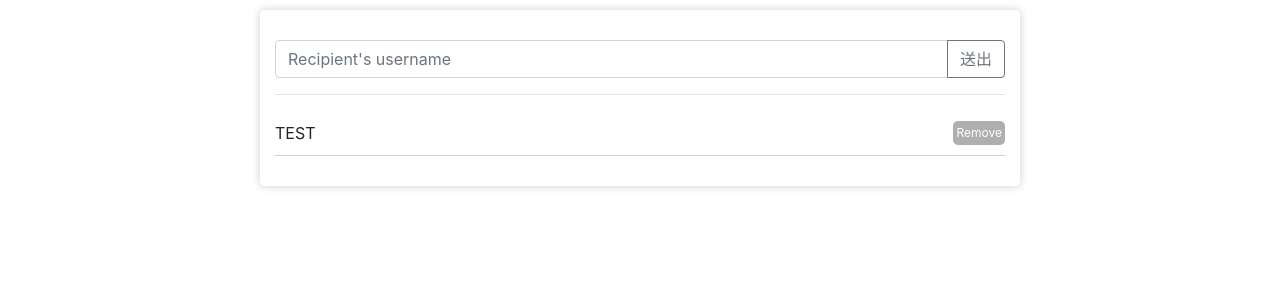
Repository: iian0910/vue3_todoList
Page: /
These files come from the project's save history. The page is drawn as it stood at one moment and after the next save; the edit follows.
The browser window is 1280 px wide. The pictures show the whole page.
The project was rebuilt for these pictures with package versions that can differ from the ones it lists, and the page was loaded fresh each time.

Above is the page before, as saved 2021-02-23 16:15:26.

### src/App.vue
<template>
  <TodoList/>
</template>

<script lang="ts">
import { defineComponent } from 'vue'
import TodoList from './components/TodoList.vue'

export default defineComponent({
  name: 'App',
  components: {
    TodoList
  }
})
</script>

<style lang="scss">
@import './assets/scss/all';
</style>

### src/assets/scss/all.scss
@import '~bootstrap/scss/bootstrap.scss';
@import './helpers/variables';

### src/components/TodoList.vue
<template>
  <div class="container">
    <div class="row">
      <div class="col-8 offset-2 content">
        <!-- input 輸入框 -->
        <div class="input-group mb-3">
          <input
            type="text"
            class="form-control"
            placeholder="Recipient's username"
            v-model="newTodo">
          <div class="input-group-append">
            <button
              class="btn btn-outline-secondary"
              type="button"
              @click="addTodo">送出</button>
          </div>
        </div>
        <!---->
        <hr>
        <!-- List 展示 -->
        <ul class="list">
          <li class="list-item d-flex justify-content-between align-items-center" v-for="(todo, index) in todoList" :key="index">
            <label class="list-item-title m-0 p-0">{{todo.title}}</label>
            <div class="remove-list">Remove</div>
          </li>
        </ul>
        <!---->
      </div>
    </div>
  </div>
</template>
<script lang="ts">
import { defineComponent, reactive, ref } from 'vue'

interface Todo {
  // eslint-disable-next-line @typescript-eslint/member-delimiter-style
  id: string
  // eslint-disable-next-line @typescript-eslint/member-delimiter-style
  title: string
}

export default defineComponent({
  name: 'TodoList',
  setup () {
    // ref:
    // 可以接受「任何型態」的資料
    // 但是不會對「物件」或「陣列」內部的屬性變動做監聽

    // reactive
    // 「只接受」物件或陣列，可以做深層的監聽
    // 以及取得資料不需要 「.value」
    const newTodo = ref('')
    const todoList = reactive([{
      id: '001',
      title: 'TEST'
    }])

    // methods
    function addTodo () {
      if (newTodo.value) {
        todoList.push({
          id: Math.floor(Date.now()).toString(),
          title: newTodo.value
        })
        newTodo.value = ''
      }
    }

    // return
    return {
      todoList,
      newTodo,
      addTodo
    }
  }
})
</script>

<style lang="scss">
.content{
  padding: 30px;
  margin: 10px auto;
  border-radius: 5px;
  box-shadow: 0px 0px 10px 0px rgba(0, 0, 0, 0.2);
}
.list{
  padding: 0;
  margin: 0;
  list-style: none;
}
.list-item{
  padding: 10px 0;
  margin-bottom: 0;
  border-bottom: 1px solid rgb(206, 206, 206);
}
.remove-list{
  padding: 3px;
  border-radius: 5px;
  background-color: rgb(175, 175, 175);
  font-size: 12px;
  color: white;
  cursor: pointer;
  &:hover{
    background-color: rgb(250, 75, 113);
  }
}
</style>

Loaded but not shown: public/index.html (common file); src/main.ts (common file); src/assets/scss/helpers/_variables.scss (1146 lines, source omitted)

After the next save:
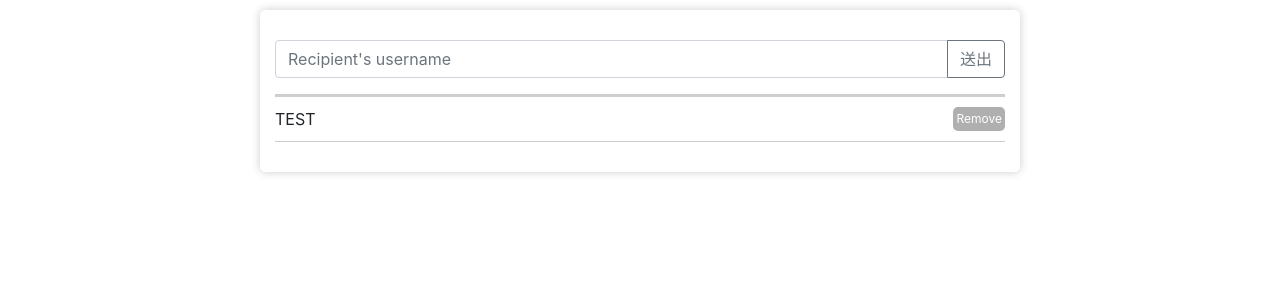
Saved 104 s later.
--- a/src/components/TodoList.vue
+++ b/src/components/TodoList.vue
@@ -17,7 +17,9 @@
           </div>
         </div>
         <!---->
-        <hr>
+
+        <div class="segmentation"></div>
+
         <!-- List 展示 -->
         <ul class="list">
           <li class="list-item d-flex justify-content-between align-items-center" v-for="(todo, index) in todoList" :key="index">
@@ -84,6 +86,9 @@ export default defineComponent({
   border-radius: 5px;
   box-shadow: 0px 0px 10px 0px rgba(0, 0, 0, 0.2);
 }
+.segmentation{
+  border-bottom: 3px solid rgb(206, 206, 206);
+}
 .list{
   padding: 0;
   margin: 0;
